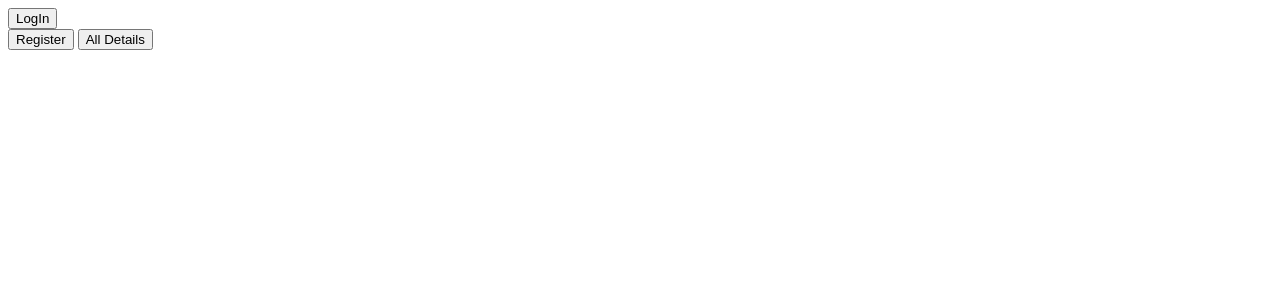
Repository: iamvinayhv/Servlet
Page: http://localhost/EmployeeApp/jsp/welcome.jsp
The author's editor kept a copy of each file at every save. The page is drawn from the files as they stood at one save, then again after the next save.
The browser window is 1280 px wide. The pictures show the whole page.
The page is served by Tomcat 9. Other server files are loaded and not shown.

Above is the page before, as saved 2017-03-09 08:04:11.

### EmployeeApp/WebContent/jsp/welcome.jsp
<%@ page language="java" contentType="text/html; charset=UTF-8" import="java.util.*"
    pageEncoding="UTF-8"%>
<!DOCTYPE html PUBLIC "-//W3C//DTD HTML 4.01 Transitional//EN" "http://www.w3.org/TR/html4/loose.dtd">
<html>
<head>
<meta http-equiv="Content-Type" content="text/html; charset=UTF-8">
<title>Insert title here</title>
</head>
<body>

<a href="login.jsp">
<input type="submit" value="LogIn"><br/></a>

<a href="register.jsp">
<input align="right" type= "submit" value="Register"></a>

<a href="details.jsp">
<input align="right" type= "submit" value="All Details"></a>


<% Date d=new Date(); %>

</body>
</html>

After the next save:
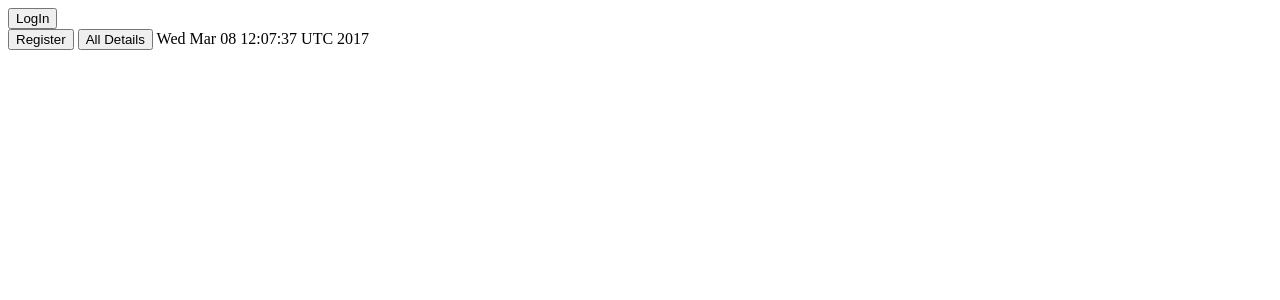
Saved 2 min 41 s later.
--- a/EmployeeApp/WebContent/jsp/welcome.jsp
+++ b/EmployeeApp/WebContent/jsp/welcome.jsp
@@ -18,7 +18,8 @@
 <input align="right" type= "submit" value="All Details"></a>
 
 
-<% Date d=new Date(); %>
-
+<% Date d=new Date();
+%>
+<%=d %>
 </body>
 </html>
